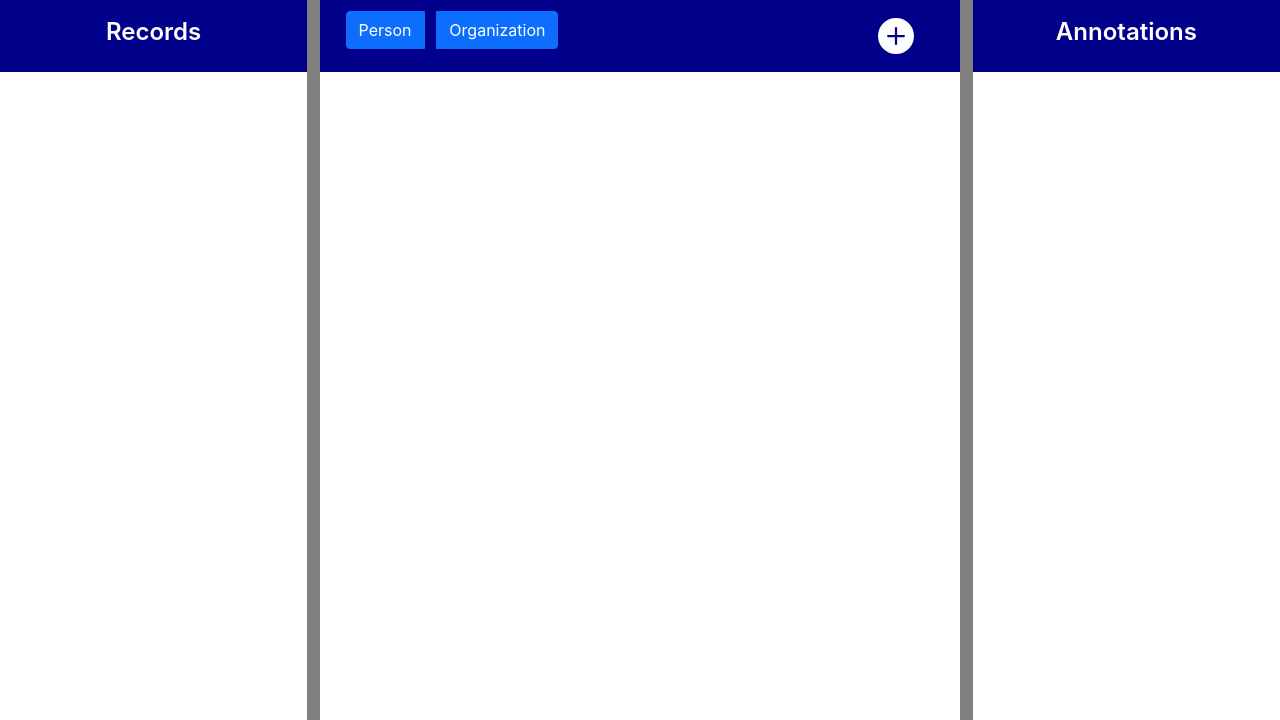
Repository: napan24/classforma_assignment
Page: / (app in client/)
An editor plug-in stored every save of this project. The page is shown before and after the next save, followed by the edit.
The browser window is 1280 px wide. The pictures show the whole page.
The project was rebuilt for these pictures with package versions that can differ from the ones it lists, and the page was loaded fresh each time. Also part of the build but not shown: client/src/App.css.

Above is the page before, as saved 2022-07-19 17:07:45.

### client/public/index.html
<!DOCTYPE html>
<html lang="en">
  <head>
    <meta charset="utf-8" />
    <link rel="icon" href="%PUBLIC_URL%/favicon.ico" />
    <meta name="viewport" content="width=device-width, initial-scale=1" />
    <meta name="theme-color" content="#000000" />
    <meta
      name="description"
      content="Web site created using create-react-app"
    />
    <link href="https://cdn.jsdelivr.net/npm/bootstrap@5.1.3/dist/css/bootstrap.min.css" rel="stylesheet" integrity="sha384-1BmE4kWBq78iYhFldvKuhfTAU6auU8tT94WrHftjDbrCEXSU1oBoqyl2QvZ6jIW3" crossorigin="anonymous">
    <link rel="apple-touch-icon" href="%PUBLIC_URL%/logo192.png" />
    <!--
      manifest.json provides metadata used when your web app is installed on a
      user's mobile device or desktop. See https://developers.google.com/web/fundamentals/web-app-manifest/
    -->
    <link rel="manifest" href="%PUBLIC_URL%/manifest.json" />
    <!--
      Notice the use of %PUBLIC_URL% in the tags above.
      It will be replaced with the URL of the `public` folder during the build.
      Only files inside the `public` folder can be referenced from the HTML.

      Unlike "/favicon.ico" or "favicon.ico", "%PUBLIC_URL%/favicon.ico" will
      work correctly both with client-side routing and a non-root public URL.
      Learn how to configure a non-root public URL by running `npm run build`.
    -->
    <title>React App</title>
  </head>
  <body>
    <noscript>You need to enable JavaScript to run this app.</noscript>
    <div id="root"></div>
    <!--
      This HTML file is a template.
      If you open it directly in the browser, you will see an empty page.

      You can add webfonts, meta tags, or analytics to this file.
      The build step will place the bundled scripts into the <body> tag.

      To begin the development, run `npm start` or `yarn start`.
      To create a production bundle, use `npm run build` or `yarn build`.
    -->
    <script src="https://cdn.jsdelivr.net/npm/bootstrap@5.1.3/dist/js/bootstrap.bundle.min.js" integrity="sha384-ka7Sk0Gln4gmtz2MlQnikT1wXgYsOg+OMhuP+IlRH9sENBO0LRn5q+8nbTov4+1p" crossorigin="anonymous"></script>
  </body>
</html>

### client/src/App.js
import logo from './logo.svg';
import './App.css';
import Home from './Home';

function App() {
  return (
    <>
      <Home></Home>
    </>
  );
}

export default App;

### client/src/Home.js
import React from 'react'

const Home = () => {
    return (
        <>
            <div style={{ display: 'flex', width: "100vw", height: "100vh",backgroundColor:"grey" }}>
                <div style={{ width: "24vw", height: "100vh", backgroundColor: "white", marginRight: "1vw" }}>
                    <div style={{ width: "24vw", height: "10vh", backgroundColor: "#00008b", textAlign: 'center', fontSize: '150%', color: "white", fontWeight: "600", position: "fixed" }}>
                        <p style={{ marginTop: "2vh" }}>
                            Records
                        </p>
                    </div>
                    <div>

                    </div>
                </div>
                <div style={{ width: "50vw", height: "100vh", backgroundColor: "white", marginRight: "1vw" }}>
                    <div style={{ width: "50vw", height: "10vh", backgroundColor: "#00008b",position:'relative' }}>
                        <div class="btn-group" style={{ marginTop: "1.5vh", marginLeft: "2vw" }}>
                            <button type="button" class="btn btn-primary" style={{ marginRight: "1vw" }}>Person</button>
                            <button type="button" class="btn btn-primary">Organization</button>
                        </div>
                        <svg style={{width:"20%",height:"50%",marginTop:'2.5vh',position:"absolute",right:"0",color:"white"}} xmlns="http://www.w3.org/2000/svg" fill="currentColor" class="bi bi-plus-circle-fill" viewBox="0 0 16 16">
                            <path d="M16 8A8 8 0 1 1 0 8a8 8 0 0 1 16 0zM8.5 4.5a.5.5 0 0 0-1 0v3h-3a.5.5 0 0 0 0 1h3v3a.5.5 0 0 0 1 0v-3h3a.5.5 0 0 0 0-1h-3v-3z" />
                        </svg>
                    </div>
                    <div>

                    </div>
                </div>
                <div style={{ width: "24vw", height: "100vh", backgroundColor: "white" }}>
                    <div style={{ width: "24vw", height: "10vh", backgroundColor: "#00008b", textAlign: 'center', fontSize: '150%', color: "white", fontWeight: "600", position: "fixed" }}>
                        <p style={{ marginTop: "2vh" }}>
                            Annotations
                        </p>
                    </div>
                    <div>

                    </div>
                </div>
            </div>
        </>
    )
}

export default Home

Loaded but not shown: client/src/index.js (common file); client/src/index.css (common file); client/src/reportWebVitals.js (common file)

After the next save:
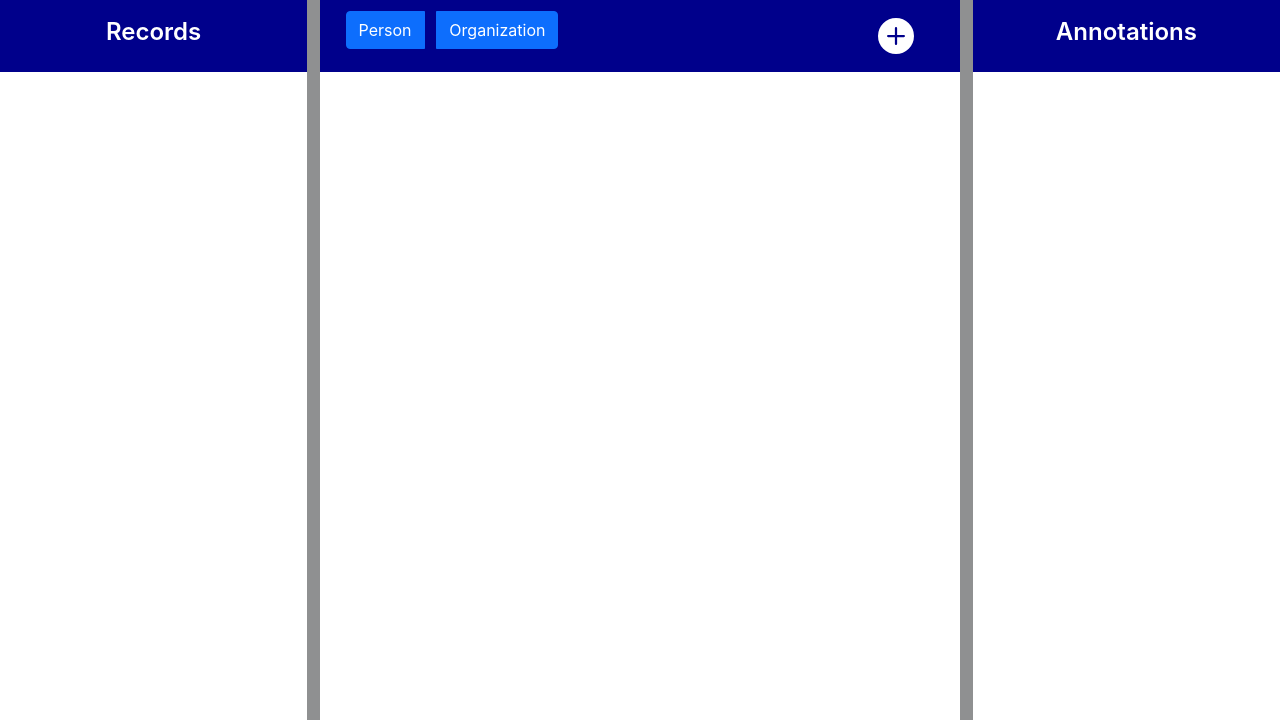
Saved 39 s later.
--- a/client/src/Home.js
+++ b/client/src/Home.js
@@ -3,7 +3,7 @@ import React from 'react'
 const Home = () => {
     return (
         <>
-            <div style={{ display: 'flex', width: "100vw", height: "100vh",backgroundColor:"grey" }}>
+            <div style={{ display: 'flex', width: "100vw", height: "100vh",backgroundColor:"#8f9091" }}>
                 <div style={{ width: "24vw", height: "100vh", backgroundColor: "white", marginRight: "1vw" }}>
                     <div style={{ width: "24vw", height: "10vh", backgroundColor: "#00008b", textAlign: 'center', fontSize: '150%', color: "white", fontWeight: "600", position: "fixed" }}>
                         <p style={{ marginTop: "2vh" }}>
